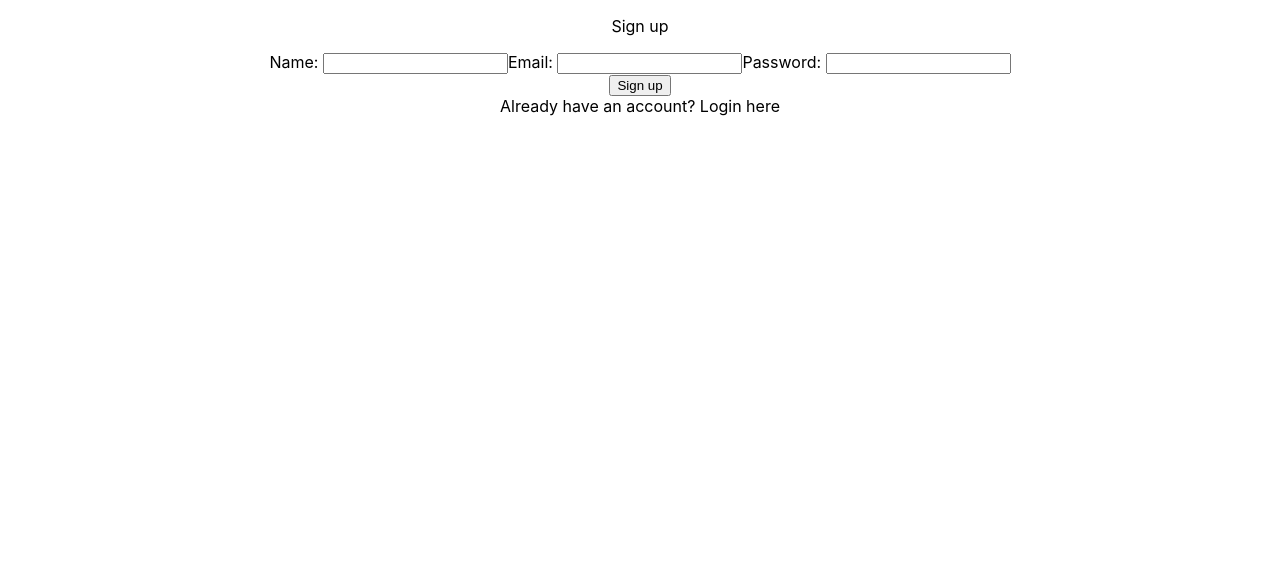
Repository: Rubin78/loginform
Page: /
An editor plug-in stored every save of this project. The page is shown before and after a run of saves, followed by the edit.
The browser window is 1280 px wide. The pictures show the whole page.
The page's requests for data from a server got no answer. The project was rebuilt for these pictures with package versions that can differ from the ones it lists, and the page was loaded fresh each time. No one was signed in, and anything a server would have sent is missing.

Above is the page before, as saved 2021-02-12 15:06:06.

### src/App.js
import logo from "./logo.svg";
import "./App.css";
import { BrowserRouter as Router, Switch, Route } from "react-router-dom";
import loginform from "./loginform/loginform";
import signupform from "./loginform/signupform";


function App() {
  return (
    <Router>
      <div className="App">
        <Switch>
          <Route exact path="/" component={signupform} />
          <Route exact path="/loginform" component={loginform} />
          <Route exact path="/home" render={() => <h2>welcome to portfolio </h2>} />

          <Route  />
        </Switch>
      </div>
    </Router>
  );
}

export default App;

### src/loginform/signupform.js
import React, {useState} from "react";
import { MDBContainer, MDBRow, MDBCol, MDBBtn, MDBInput } from "mdbreact";
import { BrowserRouter as Router, Switch, Route ,Link} from "react-router-dom";
import axios from 'axios'
import { ToastContainer, toast } from "react-toastify";
const FormPage = (props) => {
  const [name, setName] = useState("")
  const [email, setEmail] = useState("")
  const [password, setPassword] = useState("")

  const submitHandler = (e) => {
    e.preventDefault()
    axios.post('https://login-8f9f5-default-rtdb.firebaseio.com/.json', {
      name,
      email,
      password,
    }).then(response => {
      toast("User Created!")
      setTimeout(function(){props.history.push("/loginform")
     } , 5000);
    }).catch(error => {
      toast("Sign up failed");
    })

  }

  return (
    <MDBContainer>
      <MDBRow>
        <MDBCol md="6">
          <form
            onSubmit={(e) => {
              submitHandler(e);
            }}
          >
            <p className="h5 text-center mb-4">Sign up</p>
            <div className="grey-text">
              <label for="name">Name: </label>
              <input
                required
                label="Your name"
                id="name"
                type="text"
                value={name}
                onChange={(e) => {
                  setName(e.target.value);
                }}
              />
              <label for="email">Email: </label>
              <input
                required
                label="Your name"
                id="email"
                type="email"
                value={email}
                onChange={(e) => {
                  setEmail(e.target.value);
                }}
              />
              <label for="password">Password: </label>
              <input
                required
                label="Your name"
                id="password"
                type="password"
                value={password}
                onChange={(e) => {
                  setPassword(e.target.value);
                }}
              />
            </div>
            <div className="text-center">
              <input type="submit" value="Sign up" />
            </div>
            <div onClick={() => {
              props.history.push('/loginform')
            }}>Already have an account? Login here</div>
            <ToastContainer />
          </form>
        </MDBCol>
      </MDBRow>
    </MDBContainer>
  );
};

export default FormPage;

### src/loginform/loginform.js
import React, { useEffect, useState } from "react";
import Avatar from "@material-ui/core/Avatar";
import Button from "@material-ui/core/Button";
import CssBaseline from "@material-ui/core/CssBaseline";
import TextField from "@material-ui/core/TextField";
import FormControlLabel from "@material-ui/core/FormControlLabel";
import Checkbox from "@material-ui/core/Checkbox";
import Link from "@material-ui/core/Link";
import Grid from "@material-ui/core/Grid";
import Box from "@material-ui/core/Box";
import LockOutlinedIcon from "@material-ui/icons/LockOutlined";
import Typography from "@material-ui/core/Typography";
import { makeStyles } from "@material-ui/core/styles";
import Container from "@material-ui/core/Container";
import axios from "axios";
import { ToastContainer, toast } from "react-toastify";
import "react-toastify/dist/ReactToastify.css";
import { useHistory } from "react-router-dom";

function Copyright() {

  return (
    <Typography variant="body2" color="textSecondary" align="center">
      {"Copyright © "}
      <Link color="inherit" href="https://material-ui.com/">
        Your Website
      </Link>{" "}
      {new Date().getFullYear()}
      {"."}
    </Typography>
  );
}

const useStyles = makeStyles((theme) => ({
  "@global": {
    body: {
      backgroundColor: theme.palette.common.white,
    },
  },
  paper: {
    marginTop: theme.spacing(8),
    display: "flex",
    flexDirection: "column",
    alignItems: "center",
  },
  avatar: {
    margin: theme.spacing(1),
    backgroundColor: theme.palette.secondary.main,
  },
  form: {
    width: "100%",
    marginTop: theme.spacing(1),
  },

  submit: {
    margin: theme.spacing(3, 0, 2),
  },
}));

export default function SignIn(props) {
  const classes = useStyles();

  const [data, setData] = useState({});

  const [email, setEmail] = useState("");
  const [password, setPassword] = useState("");
  let history = useHistory();

  const submitHandler = (e) => {
    e.preventDefault();

    if (email && password) {
      Object.entries(data).map(item => {
        if (item[1].email === email && item[1].password === password) {
          toast("You are logged in sucessfully");
          props.history.push("/home");
        } else {
          console.log("failed");
        }
      })
    } else {
      console.log("failed");
    }
  };

  useEffect(() => {
    axios
      .get("https://login-8f9f5-default-rtdb.firebaseio.com/.json")
      .then((response) => {
        setData(response.data);
      });
  }, []);

  return (
    <Container className="main" component="main" maxWidth="xs">
      <CssBaseline />
      <div className={classes.paper}>
        <Avatar className={classes.avatar}>
          <LockOutlinedIcon />
        </Avatar>
        <Typography component="h1" variant="h5">
          Sign in
        </Typography>
        <form className={classes.form} noValidate onSubmit={submitHandler}>
          <TextField
            variant="outlined"
            margin="normal"
            required
            fullWidth
            id="email"
            label="Email Address"
            name="email"
            autoComplete="email"
            autoFocus
            value={email}
            onChange={(e) => {
              setEmail(e.target.value);
            }}
          />
          <TextField
            variant="outlined"
            margin="normal"
            required
            fullWidth
            name="password"
            label="Password"
            type="password"
            id="password"
            autoComplete="current-password"
            value={password}
            onChange={(e) => {
              setPassword(e.target.value);
            }}
          />
          <FormControlLabel
            control={<Checkbox value="remember" color="primary" />}
            label="Remember me"
          />
          <Button
            type="submit"
            fullWidth
            variant="contained"
            color="primary"
            className={classes.submit}
          >
            Sign In
          </Button>
          <ToastContainer />
          <Grid container>
            <Grid item xs>
              <Link href="#" variant="body2">
                Forgot password?
              </Link>
            </Grid>
            <Grid item>
              <Link
                component="button"
                variant="body2"
                onClick={() => {
                  history.push("/signup")
                }}
              >
                "Don't have an account? Sign Up"
              </Link>
            </Grid>
          </Grid>
        </form>
      </div>
      <Box mt={8}>
        <Copyright />
      </Box>
    </Container>
  );
}

Loaded but not shown: public/index.html (common file); src/index.js (common file); src/index.css (common file); src/reportWebVitals.js (common file); src/App.css (common file)

After the next 2 saves:
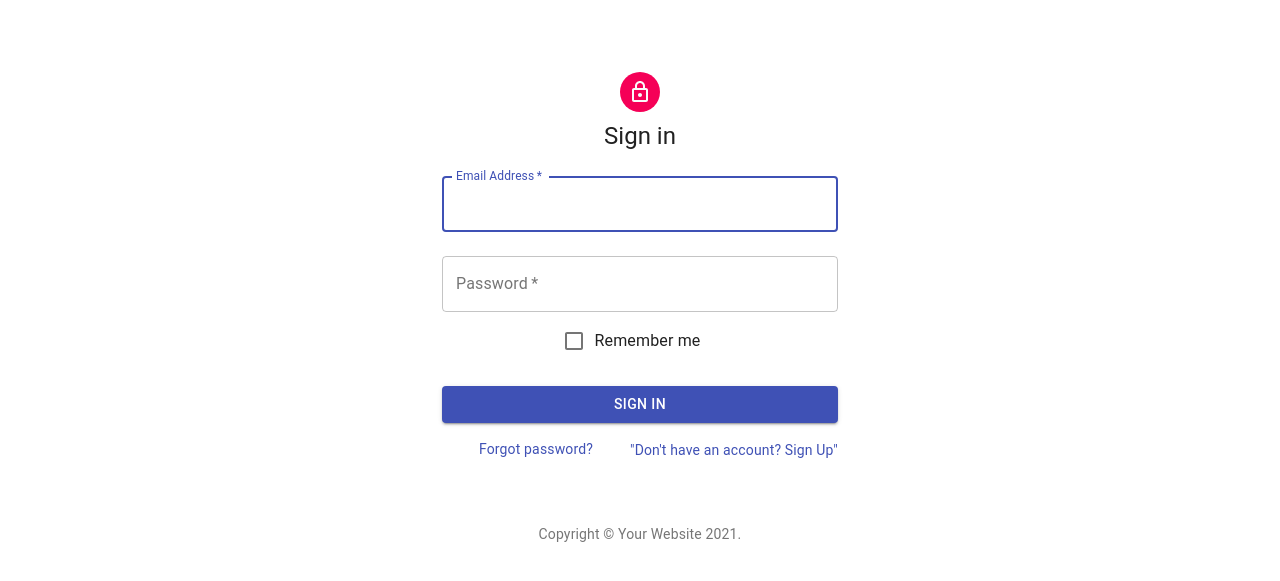
The 2 saves are shown as one change because they came seconds apart.
The last was saved 22 s later.
--- a/src/App.js
+++ b/src/App.js
@@ -10,8 +10,8 @@ function App() {
     <Router>
       <div className="App">
         <Switch>
-          <Route exact path="/" component={signupform} />
-          <Route exact path="/loginform" component={loginform} />
+          <Route exact path="/" component={loginform} />
+          <Route exact path="/signup" component={signupform} />
           <Route exact path="/home" render={() => <h2>welcome to portfolio </h2>} />
 
           <Route  />
